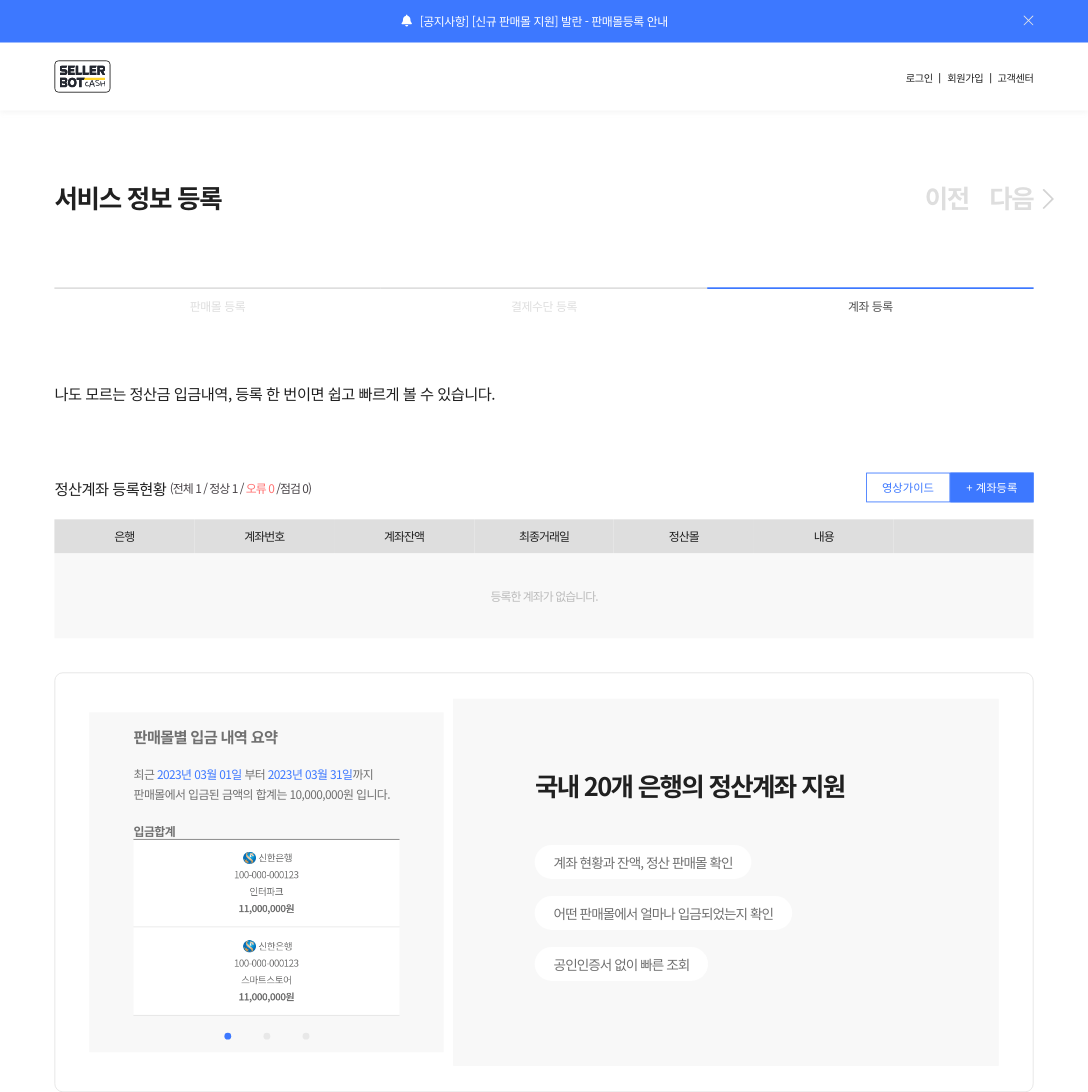
Repository: elemapfelr/ownServer
Page: test-server/web/sellerbot_signup/step_07.html
The author's editor kept a copy of each file at every save. The page is drawn from the files as they stood at one save, then again after the next save.
The browser window is 1280 px wide. The pictures show the whole page, at 85% of full size.
Some web libraries are served in a nearby version. The style sheet was rebuilt from its Sass, Less or Tailwind sources for each picture, by a compiler version that may differ from the author's.

Above is the page before, as saved 2023-03-15 11:43:23.

### test-server/web/sellerbot_signup/step_07.html
<!DOCTYPE html>
<html lang="ko">

<head>
	<meta charset="UTF-8">
	<meta http-equiv="X-UA-Compatible" content="IE=edge">
	<meta name="viewport" content="width=device-width, initial-scale=1.0">
	<title>셀러봇캐시 회원가입</title>
	<link rel="stylesheet" href="./css/step_07.css">
	<script type="module" src="./js/step_07.js" defer></script>
	<script src="https://kit.fontawesome.com/133e10f389.js" crossorigin="anonymous"></script>
</head>

<body>
	<header>
		<div class="top">
			<div class="notification">
				<div class="text">
					<i class="fa-solid fa-bell"></i>
					<p>[공지사항] [신규 판매몰 지원] 발란 - 판매몰등록 안내</p>
				</div>
				<button><img src="./img/xmark.svg" alt="xmark"></button>
			</div>
		</div>
		<div class="bottom">
			<div class="logo"><img src="./img/sellerbotLogo.svg" alt="sellerbot"></div>
			<div class="right">
				<button>로그인</button>
				<span></span>
				<button>회원가입</button>
				<span></span>
				<button>고객센터</button>
			</div>
		</div>
	</header>
	<main>
		<section>
			<button class="fixed2" id="prevStep">
				<span>이전</span>
			</button>
			<button class="fixed" id="nextStep">
				<span>다음</span>
				<img src="./img/rightArrow.svg" />
			</button>
			<article id="top">
				<div class="title">
					<h1>서비스 정보 등록</h1>
				</div>
				<div class="processBar">
					<div class="first step">
						<span class="line"></span>
						<p>판매몰 등록</p>
					</div>
					<div class="second step">
						<span class="line"></span>
						<p>결제수단 등록</p>
					</div>
					<div class="third step active">
						<span class="line"></span>
						<p>계좌 등록</p>
					</div>
				</div>
			</article>
			<article id="accountReg">
				<p class="topText">나도 모르는 정산금 입금내역, 등록 한 번이면 쉽고 빠르게 볼 수 있습니다.</p>
				<div class="tableTop">
					<div class="left">
						<p>정산계좌 등록현황</p>
						<span>(<b>전체 1</b> / <b>정상 1</b> / <b class="err">오류 0</b> /<b>점검 0</b>)</span>
					</div>
					<div class="right">
						<button class="blue_outline" id="vidGuide">영상가이드</button>
						<button class="blue" id="regAcc">+ 계좌등록</button>
					</div>
				</div>
				<table id="accountList">
					<thead>
						<tr>
							<td>은행</td>
							<td>계좌번호</td>
							<td>계좌잔액</td>
							<td>최종거래일</td>
							<td>정산몰</td>
							<td>내용</td>
							<td></td>
						</tr>
					</thead>
					<tbody>
						<tr class="noData">
							<td colspan="7">등록한 계좌가 없습니다.</td>
						</tr>
					</tbody>
				</table>
			</article>
			<article id="extraInfo">
				<div class="left">
					<div class="content">
						<h4>판매몰별 입금 내역 요약</h4>
						<p>최근 <b>2023년 03월 01일</b> 부터 <b>2023년 03월 31일</b>까지<br>
							판매몰에서 입금된 금액의 합계는 10,000,000원 입니다.</p>
						<h5>입금합계</h5>
						<img src="./img/step_07_img_01.png" alt="summary">
						<ul class="bottomUl">
							<li class="active"></li>
							<li></li>
							<li></li>
						</ul>
					</div>
				</div>
				<div class="right">
					<div class="content">
						<h3>국내 20개 은행의 정산계좌 지원</h3>
						<p>계좌 현황과 잔액, 정산 판매몰 확인</p>
						<p>어떤 판매몰에서 얼마나 입금되었는지 확인</p>
						<p>공인인증서 없이 빠른 조회</p>
					</div>
				</div>
			</article>
		</section>
	</main>
</body>

</html>

### test-server/web/sellerbot_signup/css/scss/step_07.scss
@import "./common", "./modal";

article#accountReg {
    margin-top: 80px;

    p.topText {
        font-size: 18px;
        letter-spacing: -0.65px;
        text-align: left;
        color: #202020;
        margin-bottom: 80px;
    }

    .tableTop {
        display: flex;
        align-items: center;
        justify-content: space-between;

        .left {
            display: flex;
            align-items: center;

            p {
                font-size: 18px;
                font-weight: 500;
                letter-spacing: -0.65px;
                text-align: left;
                color: #202020;
            }

            span {
                margin-left: 4px;
                font-size: 14px;
                letter-spacing: -1.12px;
                text-align: left;
                color: #474246;

                b {
                    font-weight: normal;

                    &.err {
                        color: #ff7070;
                    }
                }
            }
        }

        .right {
            display: flex;
            align-items: center;

            button {
                padding: 7px 18px;
                box-sizing: border-box;
                border: 1px solid #3d78ff;
                cursor: pointer;

                &.blue_outline {
                    background-color: #fff;
                    color: #3d78ff;
                }

                &.blue {
                    background-color: #3d78ff;
                    color: white;
                }
            }
        }
    }

    table#accountList {
        width: 100%;
        margin-top: 20px;
        table-layout: fixed;
        border-collapse: collapse;
        border-spacing: 0;

        thead {
            tr {
                td {
                    text-align: center;
                    background-color: #dedede;
                    font-size: 14px;
                    letter-spacing: -1.12px;
                    text-align: center;
                    color: #202020;
                    padding: 10px 0;
                }
            }
        }

        tbody {
            background-color: #f8f8f8;

            tr.noData {
                td {
                    text-align: center;
                    font-size: 14px;
                    letter-spacing: -1.12px;
                    color: #bbb;
                    padding: 40px 0;
                }
            }

            tr{
                td{
                    padding: 10px 0;
                    line-height: 20px;
                    img{
                        width: 20px;
                        height: auto;
                        display: inline;
                    }
                }
            }
        }
    }
}

article#extraInfo {
    border: 1px solid #e3e3e3;
    border-radius: 10px;
    background-color: #fff;
    padding: 30px 40px;
    box-sizing: border-box;
    display: flex;
    align-items: center;
    justify-content: space-between;
    margin-top: 40px;

    .left {
        width: 39%;
        padding: 15px 0;
        background-color: #f8f8f8;

        .content {
            width: 75%;
            margin: 0 auto;
        }

        h4 {
            font-size: 18px;
            font-weight: bold;
            letter-spacing: -0.9px;
            text-align: left;
            color: #707070;
            margin-bottom: 20px;
        }

        p {
            font-size: 14px;
            line-height: 1.71;
            letter-spacing: -0.7px;
            text-align: left;
            color: #707070;

            b {
                font-weight: normal;
                color: #3d78ff;
            }
        }

        h5 {
            margin-top: 20px;
            font-size: 14px;
            font-weight: bold;
            letter-spacing: -0.7px;
            text-align: left;
            color: #707070;
        }

        img {
            width: 100%;
        }

        ul.bottomUl {
            width: 100px;
            height: auto;
            margin: 0 auto;
            margin-top: 20px;
            display: flex;
            align-items: center;
            justify-content: space-between;

            li {
                width: 8px;
                height: 8px;
                border-radius: 8px;
                background-color: #e8e8e8;

                &.active {
                    background-color: #3d78ff;
                }
            }
        }
    }

    .right {
        width: 60%;
        padding: 80px 0;
        background-color: #f8f8f8;

        .content {
            width: 70%;
            margin: 0 auto;

            h3 {
                font-size: 30px;
                letter-spacing: -2px;
                text-align: left;
                color: #202020;
                margin-bottom: 48px;
            }

            p {
                display: inline-block;
                padding: 8px 22px;
                background-color: white;
                border-radius: 20px;
                font-size: 16px;
                font-weight: 500;
                letter-spacing: -1.12px;
                text-align: left;
                color: #707070;
                margin-bottom: 20px;
            }
        }
    }
}

.modal#modal_01 {
    .popupBody {
        width: 530px;
        max-height: 100vh;

        .head {
            width: 100%;
            height: auto;
            background-color: #f2f2f2;
            display: flex;
            align-items: center;
            justify-content: space-between;
            padding: 20px 34px;
            box-sizing: border-box;

            h5 {
                font-size: 18px;
                font-weight: bold;
                letter-spacing: -0.9px;
                text-align: center;
                color: #22262f;

                img {
                    display: inline;
                    cursor: pointer;
                }
            }
        }

        .body {
            padding: 30px 30px 40px 30px;
            box-sizing: border-box;

            p {
                font-size: 14px;
                line-height: 1.71;
                letter-spacing: -0.98px;
                text-align: left;
                color: #202020;

                &.red {
                    color: #ee0000;
                }
            }

            form {
                margin-top: 30px;

                p {
                    font-size: 14px;
                    font-weight: 500;
                    letter-spacing: -0.98px;
                    color: #474246;
                }

                a {
                    font-size: 14px;
                    line-height: 1.43;
                    letter-spacing: -0.98px;
                    text-align: right;
                    color: #3d78ff;
                    text-decoration: underline;
                }

                .titleFlex {
                    display: flex;
                    align-items: center;
                    justify-content: space-between;
                }

                .row,
                .flexRow {
                    position: relative;
                    margin-top: 3px;
                    margin-bottom: 30px;

                    span.underMsg {
                        font-size: 12px;
                        font-weight: 500;
                        line-height: 1.67;
                        letter-spacing: -0.84px;
                        text-align: left;
                        color: #bbb;
                        position: absolute;
                        top: 100%;
                        left: 4px;

                        b {
                            font-weight: 500;
                            color: #3d78ff;
                        }

                        &.red {
                            color: #ff7070;
                            display: none;
                        }
                    }

                    span.errMsg {
                        font-size: 12px;
                        font-weight: 500;
                        line-height: 1.67;
                        letter-spacing: -0.84px;
                        text-align: left;
                        color: #ff7070;
                        position: absolute;
                        top: calc(100% + 20px);
                        left: 4px;
                        display: none;
                    }
                }

                .row {
                    margin-bottom: 30px;

                    input {
                        width: 100%;
                        outline: none;
                        border: 1px solid #e2e2e2;
                        padding: 12px 0;
                        text-indent: 10px;
                        font-size: 12px;
                    }

                    select {
                        width: 100%;
                        outline: none;
                        border: 1px solid #e2e2e2;
                        padding: 10px 0;
                        text-indent: 10px;
                        font-size: 12px;
                        letter-spacing: -0.84px;
                        color: #bbb;

                        &:focus {
                            outline: 2px solid black;
                        }

                        &:disabled {
                            background-color: #f0f0f0;
                        }
                    }
                }

                .flexRow {
                    display: flex;
                    align-items: center;
                    justify-content: space-between;

                    input {
                        width: calc(100% - 110px);
                        outline: none;
                        border: 1px solid #e2e2e2;
                        padding: 12px 0;
                        text-indent: 10px;
                        font-size: 12px;
                    }

                    button {
                        width: 100px;
                        outline: none;
                        border: 1px solid #e6e6e6;
                        padding: 12px 0;
                        background-color: #e6e6e6;
                        color: #ababab;
                        font-size: 12px;
                        letter-spacing: -0.84px;
                        cursor: pointer;

                        &.blue {
                            background-color: #3d78ff;
                            color: white;
                        }

                        &:disabled {
                            background-color: #f0f0f0;
                            color: #ababab;
                            pointer-events: none;
                        }
                    }
                }
            }

            .bottomDiv {
                display: flex;
                align-items: center;
                justify-content: center;
                position: relative;

                button {
                    width: 100px;
                    padding: 9px 0;
                    box-sizing: border-box;
                    border: 1px solid #3d78ff;
                    cursor: pointer;

                    &.gray {
                        background-color: #f2f2f2;
                        color: #bbb;
                        border: 1px solid #e2e2e2;
                        position: absolute;
                        top: 0;
                        left: 0;
                    }

                    &.blue_outline {
                        background-color: #fff;
                        color: #3d78ff;
                    }

                    &.blue {
                        background-color: #3d78ff;
                        color: white;
                    }
                }
            }
        }
    }
}

.modal#modal_02 {
    .popupBody {
        width: 380px;
        max-height: 90vh;

        .popupWrap {
            padding: 20px 16px;
            box-sizing: border-box;

            .grayBox {
                padding: 18px 12px;
                border: 1px solid #efefef;
                background-color: #f2f2f2;
                box-sizing: border-box;
                margin-bottom: 26px;

                p {
                    font-size: 14px;
                    line-height: 1.57;
                    letter-spacing: -0.5px;
                    text-align: left;
                    color: #202020;
                }
            }

            span.line {
                display: block;
                width: 100%;
                height: 1px;
                background-color: #202020;
                margin: 9px 0;
            }

            pre {
                white-space: pre-line;
                font-size: 14px;
                letter-spacing: -0.5px;
                text-align: left;
                color: #202020;

                a {
                    color: #3d78ff;
                }
            }

            button {
                display: block;
                width: 100px;
                padding: 9px 0;
                box-sizing: border-box;
                border: 1px solid #3d78ff;
                cursor: pointer;
                background-color: #fff;
                color: #3d78ff;
                margin: 40px auto 0 auto;
            }
        }
    }
}

### test-server/web/sellerbot_signup/css/scss/_modal.scss
.modal {
	position: fixed;
	top: 0;
	left: 0;
	width: 100%;
	height: 100%;
	background-color: transparentize(#202020, .4);
	align-items: center;
	justify-content: center;
	z-index: 1000;
	overflow: hidden;
	display: flex;
	padding: 0 30px;
	box-sizing: border-box;

	.layerPopup {
		width: fit-content;
		height: auto;
		margin: 0 auto;
		box-sizing: border-box;
		overflow: hidden;
		position: relative;

		.popupHead {
			width: 100%;
			height: 40px;
			display: flex;
			justify-content: right;
			align-items: flex-start;

			button {
				cursor: pointer;
				border: none;
				background: none;

				span {
					font-size: 16px;
					font-weight: 300;
					letter-spacing: -1.12px;
					text-align: left;
					color: #fff;
				}
			}
		}

		.popupBody {
			width: 100%;
			height: auto;
			background-color: white;
			max-height: 70vh;
			overflow-y: auto;
			overflow-x: hidden;

			&::-webkit-scrollbar {
                width: 12px;
                height: 12px;
            }

            &::-webkit-scrollbar-track {
                background-color: #fff;
                border: 1px solid #e2e2e2;
            }

            &::-webkit-scrollbar-thumb {
                background-color: #f2f2f2;
                border: 1px solid #e2e2e2;
            }

			h1{
				font-size: 24px;
				font-weight: bold;
				letter-spacing: -1.92px;
				text-align: center;
				color: #202020;
			}
		}

		.btnBox {
			width: 100%;
			height: auto;
			margin: 0 auto;
			display: flex;
			align-items: center;

			button {
				width: 100%;
				outline: none;
				padding: 15px 0;
				cursor: pointer;
				border: none;
				font-size: 16px;
				font-weight: 500;
				letter-spacing: -1.12px;
				text-align: center;
				color: #2e1e00;
				// background-color: ;
			}
		}
	}
}

Loaded but not shown: test-server/web/sellerbot_signup/js/step_07.js (143 lines, source omitted); test-server/web/sellerbot_signup/js/import/createElement.js (65 lines, source omitted); test-server/web/sellerbot_signup/js/import/modalShow.js (54 lines, source omitted); test-server/web/sellerbot_signup/css/scss/_common.scss (466 lines, source omitted)

After the next save:
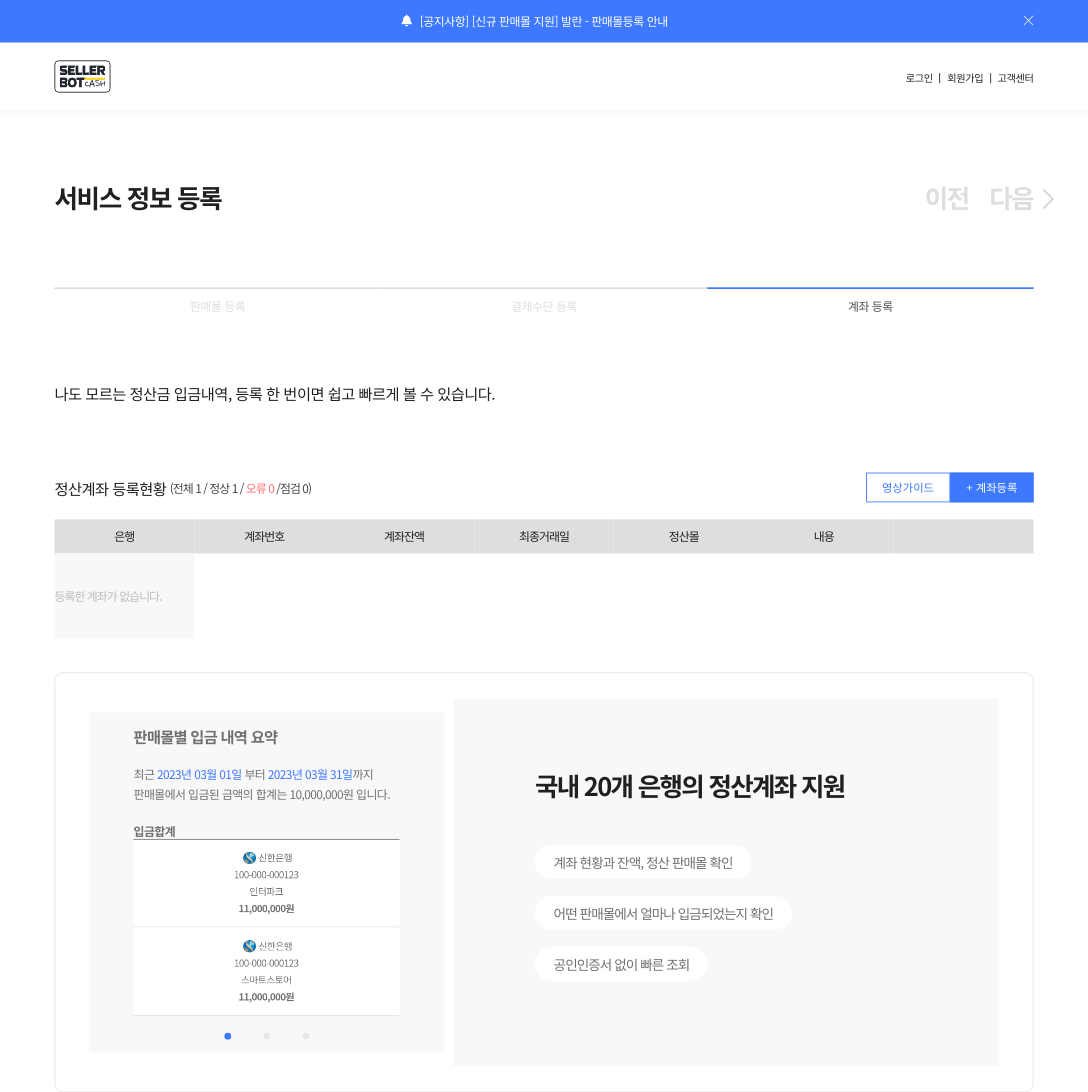
Saved 9 s later.
--- a/test-server/web/sellerbot_signup/css/scss/step_07.scss
+++ b/test-server/web/sellerbot_signup/css/scss/step_07.scss
@@ -104,8 +104,9 @@
 
             tr{
                 td{
+                    display: flex;
+                    align-items: center;
                     padding: 10px 0;
-                    line-height: 20px;
                     img{
                         width: 20px;
                         height: auto;

After the save that followed:
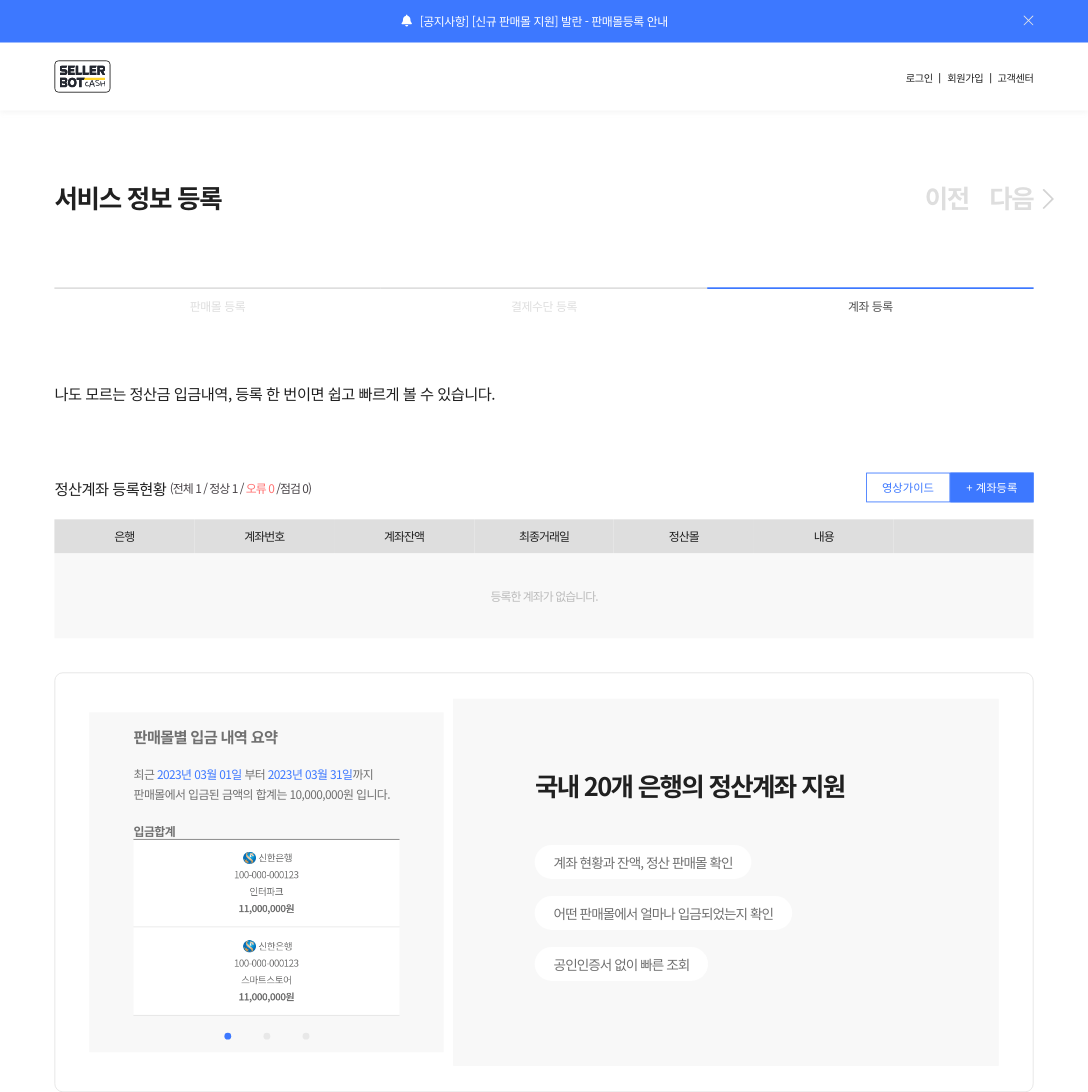
Saved 7 s later.
--- a/test-server/web/sellerbot_signup/css/scss/step_07.scss
+++ b/test-server/web/sellerbot_signup/css/scss/step_07.scss
@@ -104,8 +104,6 @@
 
             tr{
                 td{
-                    display: flex;
-                    align-items: center;
                     padding: 10px 0;
                     img{
                         width: 20px;
